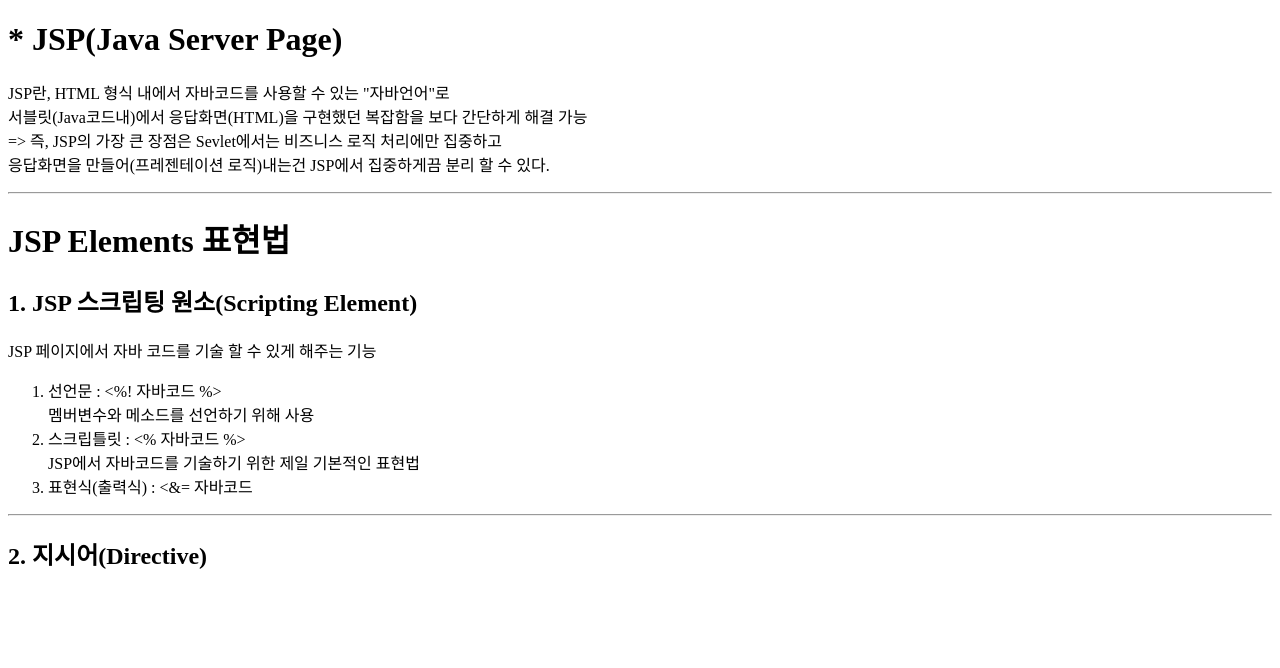
Repository: pje00427/webserver_workspace1
Page: 2_JSP/WebContent/index.html
These files come from the project's save history. The page is drawn as it stood at one moment and after the next save; the edit follows.
The browser window is 1280 px wide. The pictures show the whole page.

Above is the page before, as saved 2020-08-31 01:17:21.

After the next save:
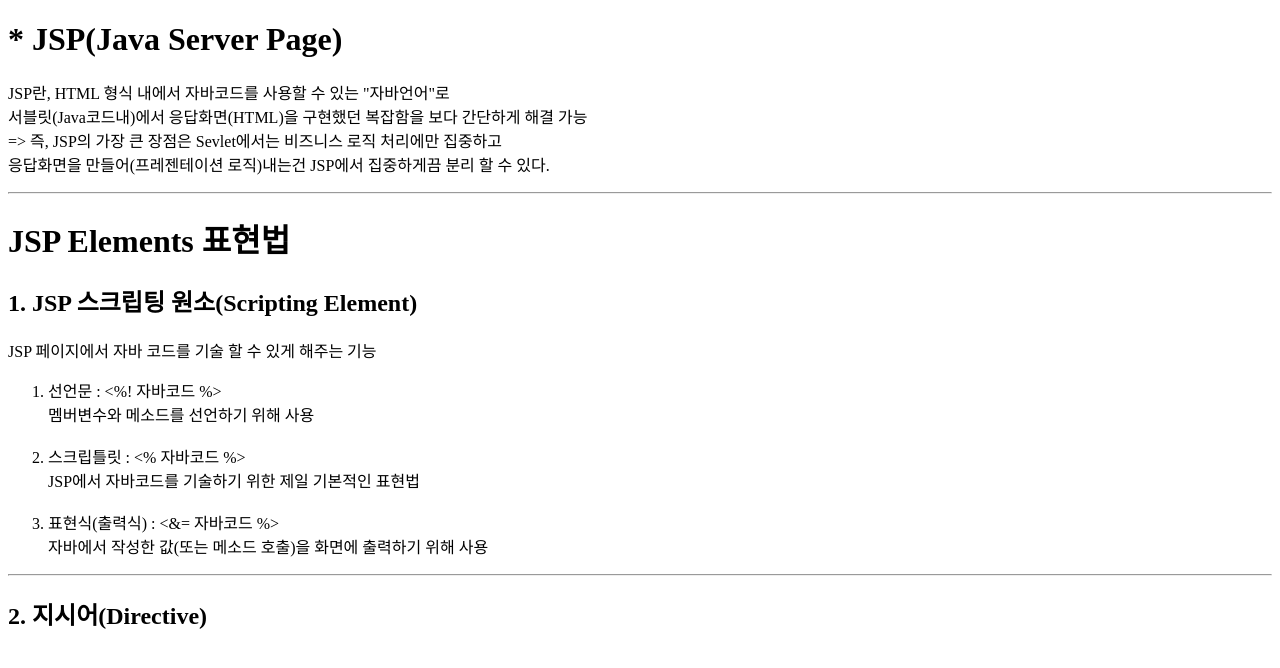
Saved 2 min 19 s later.
--- a/2_JSP/WebContent/index.html
+++ b/2_JSP/WebContent/index.html
@@ -23,18 +23,21 @@
 	<ol>
 		<li>
 			선언문 : &lt;%! 자바코드 	%&gt; <br>
-			멤버변수와 메소드를 선언하기 위해 사용 <br>
+			멤버변수와 메소드를 선언하기 위해 사용 <br><br>
 		</li>
 
 		<li>
 			스크립틀릿 : &lt;% 	자바코드 	%&gt; <br>
-			JSP에서 자바코드를 기술하기 위한 제일 기본적인 표현법
+			JSP에서 자바코드를 기술하기 위한 제일 기본적인 표현법 <br><br>
 		</li>
 		<li>
-			표현식(출력식) : &lt;&=  자바코드
+			표현식(출력식) : &lt;&=  자바코드	%&gt;<br>
+			자바에서 작성한 값(또는 메소드 호출)을 화면에 출력하기 위해 사용
 		</li>
 
 	</ol>
+
+
 	<hr>
 
 	<h2>2. 지시어(Directive)</h2>
